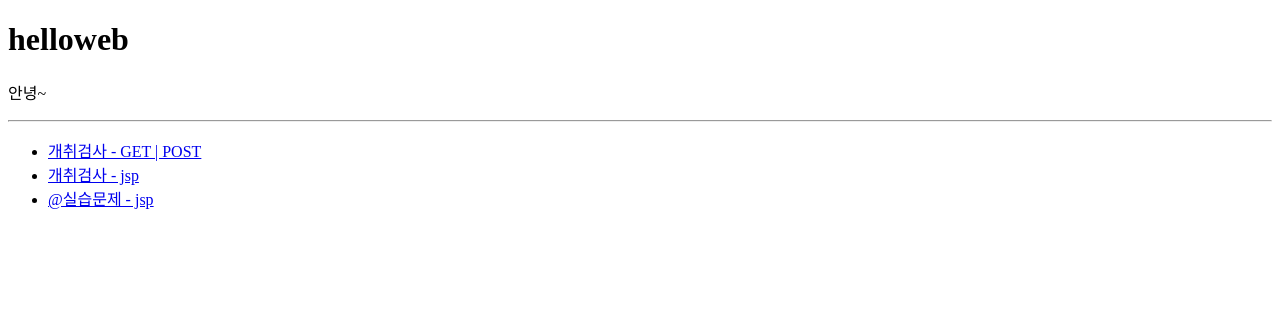
Repository: kianpas/KH_Server
Page: 01_helloweb/WebContent/index.html
An editor plug-in stored every save of this project. The page is shown before and after the next save, followed by the edit.
The browser window is 1280 px wide. The pictures show the whole page.

Above is the page before, as saved 2021-03-24 10:51:07.

### 01_helloweb/WebContent/index.html
<!DOCTYPE html>
<html>
<head>
<meta charset="UTF-8">
<title>helloweb</title>
</head>
<body>
	<h1>helloweb</h1>
	<p>안녕~</p>
	<hr>
	<ul>
	<!-- browser(client) 절대주소 작성시, 반드시 context-path부터 작성할 것.
		localhost:9090이후를 찾게된다. -->
	<!-- context path 이후의 경로 WebContent폴더에서 찾게된다. -->
		<li><a href="/web/servlet/testPerson1.html">개취검사 - GET | POST</a></li>
		<li><a href="/web/servlet/testPerson2.html">개취검사 - jsp</a></li>
		<li><a href="/web/menu/menu.jsp">@실습문제 - jsp</a></li>
	</ul>
</body>
</html>

After the next save:
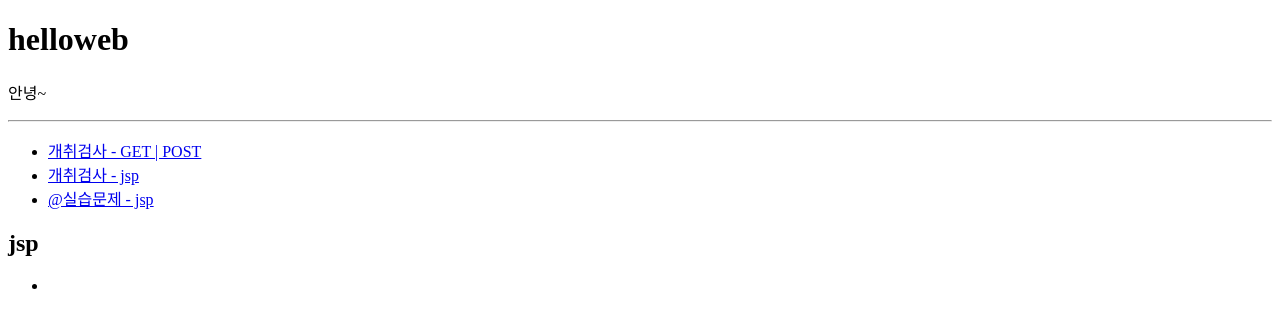
Saved 28 min 50 s later.
--- a/01_helloweb/WebContent/index.html
+++ b/01_helloweb/WebContent/index.html
@@ -16,5 +16,11 @@
 		<li><a href="/web/servlet/testPerson2.html">개취검사 - jsp</a></li>
 		<li><a href="/web/menu/menu.jsp">@실습문제 - jsp</a></li>
 	</ul>
+
+	<h2>jsp</h2>
+	<ul>
+		<li><a href=""></a></li>
+
+	</ul>
 </body>
 </html>
